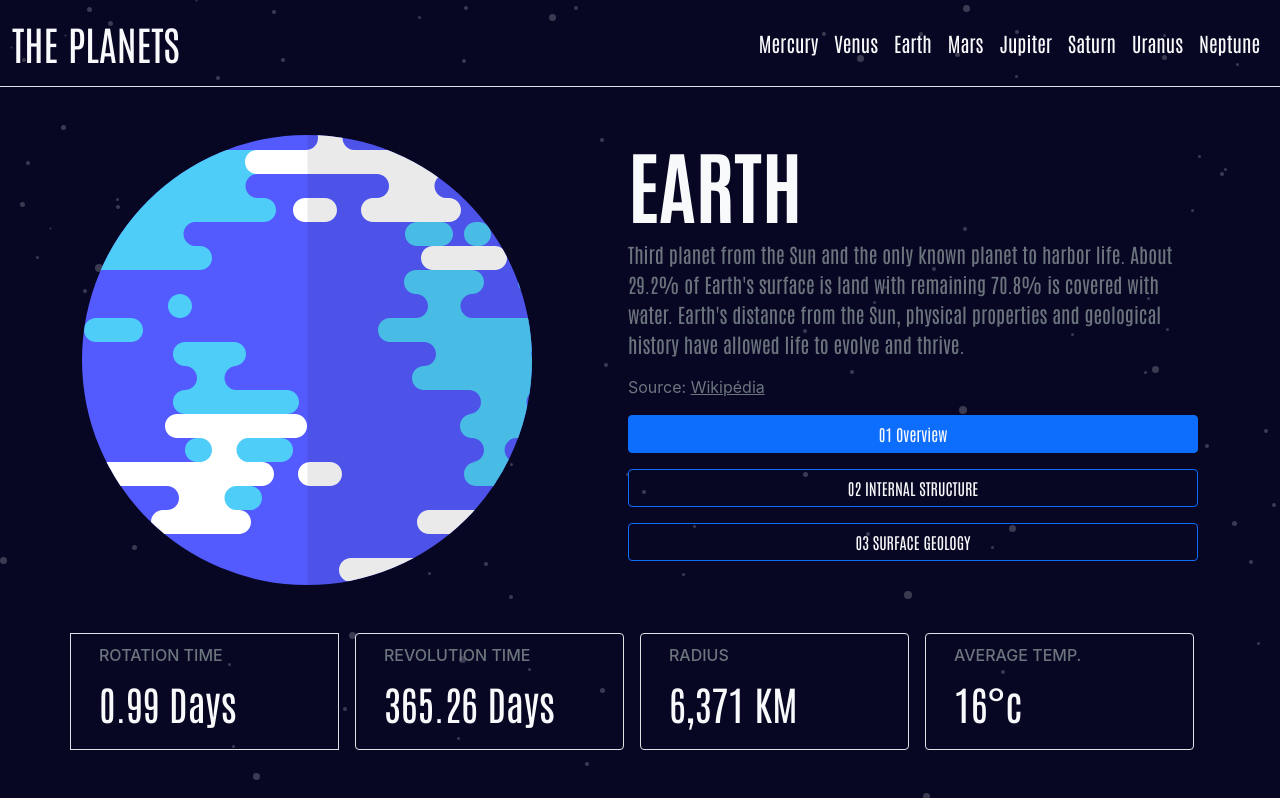
Repository: andre06x/the-planets
Page: /
These files come from the project's save history. The page is drawn as it stood at one moment and after the next save; the edit follows.
The browser window is 1280 px wide. The pictures show the whole page.
The project was rebuilt for these pictures with package versions that can differ from the ones it lists, and the page was loaded fresh each time.

Above is the page before, as saved 2021-10-18 23:01:51.

### public/index.html
<!DOCTYPE html>
<html lang="en">

<head>
  <meta charset="utf-8" />
  <link rel="icon" href="%PUBLIC_URL%/favicon.ico" />
  <meta name="viewport" content="width=device-width, initial-scale=1" />
  <meta name="theme-color" content="#000000" />
  <link rel="preconnect" href="https://fonts.googleapis.com">
  <link rel="preconnect" href="https://fonts.gstatic.com" crossorigin>
  <link href="https://fonts.googleapis.com/css2?family=Antonio:wght@400;500;600;700&display=swap" rel="stylesheet">
  <meta name="description" content="Web site created using create-react-app" />
  <link rel="apple-touch-icon" href="%PUBLIC_URL%/logo192.png" />
  <link rel="manifest" href="%PUBLIC_URL%/manifest.json" />
  <link rel="stylesheet" href="%PUBLIC_URL%/bootstrap-5.1.3-dist/css/bootstrap.min.css">
  <title>React App</title>
</head>

<body>
  <noscript>You need to enable JavaScript to run this app.</noscript>
  <div id="root"></div>
  <script src="./bootstrap-5.1.3-dist/js/bootstrap.min.js"></script>
</body>

</html>

### src/index.js
import React from 'react';
import ReactDOM from 'react-dom';
import App from './App';
import reportWebVitals from './reportWebVitals';
import Global from './styles/global';

ReactDOM.render(
  <React.StrictMode>
    <Global />
    <App />
  </React.StrictMode>,
  document.getElementById('root')
);

// If you want to start measuring performance in your app, pass a function
// to log results (for example: reportWebVitals(console.log))
// or send to an analytics endpoint. Learn more: https://bit.ly/CRA-vitals
reportWebVitals();

### src/App.js
import logo from './logo.svg';
// import './App.css';
import Header from './components/Header';
import Container from './components/Container';

function App() {
  return (
    <div className="App">
      <Header />
      <Container />
    </div>
  );
}

export default App;

### src/styles/global.js
import { createGlobalStyle } from 'styled-components';
import img from '../background-stars.svg';

export default createGlobalStyle`
  body {
    background-image: url(${img});
    background-color: #070724;
    background-repeat: repeat;
  margin: 0;
  font-family: -apple-system, BlinkMacSystemFont, 'Segoe UI', 'Roboto', 'Oxygen',
    'Ubuntu', 'Cantarell', 'Fira Sans', 'Droid Sans', 'Helvetica Neue',
    sans-serif;
  -webkit-font-smoothing: antialiased;
  -moz-osx-font-smoothing: grayscale;
}

code {
  font-family: source-code-pro, Menlo, Monaco, Consolas, 'Courier New',
    monospace;
}
`;

### src/components/Header.js
import React from 'react';
import data from '../data.json';

const Header = () => {
  return (
    <nav class="navbar navbar-expand-lg navbar-dark bg-transparent border-bottom border-muted mb-5">
      <div class="container-fluid d-flex justify-content-between">
        <a class="navbar-brand fs-1 text-light font-antonio" href="#">THE PLANETS</a>
        <button class="navbar-toggler text-light" type="button" data-bs-toggle="collapse" data-bs-target="#navbarSupportedContent" aria-controls="navbarSupportedContent" aria-expanded="false" aria-label="Toggle navigation">
          <span class="navbar-toggler-icon text-light"></span>
        </button>
        <div class="collapse navbar-collapse justify-content-end" id="navbarSupportedContent">
          <div>
            <ul class="navbar-nav me-auto mb-2 mb-lg-0">
              {
                data.map(d => (
                  <li class="nav-item">
                    <a class="nav-link active text-light fs-5 font-antonio" aria-current="page" href="#">{d.name}</a>
                  </li>
                ))
              }
            </ul>
          </div>
        </div>
      </div>
    </nav>
  )
}



export default Header

### src/components/Container.js
import React, { useEffect, useState } from 'react';
// import earth from '../assets/planet-earth.svg';
import data from '../data.json';

const Container = () => {
  const [selectBox, setSelectBox] = useState(1);
  const [planet, setPlanet] = useState('Earth');
  const [text, setText] = useState(data.filter(d => d.name === planet)[0].overview);
  const [imagee, setImagee] = useState('assets/planet-earth.svg');
  const [dataPlanet, setDataPlanet] = useState(['']);

  const op = [
    { id: 1, titulo: '01 Overview' },
    { id: 2, titulo: '02 INTERNAL STRUCTURE' },
    { id: 3, titulo: '03 SURFACE GEOLOGY' },
  ]

  function buttonChange(o) {
    setSelectBox(o.id);

    if (o.id === 1) {
      setText(data.filter(d => d.name === planet)[0].overview);
      setImagee(data.filter(d => d.name === planet)[0].images.planet);
    }

    if (o.id === 2) {
      setText(data.filter(d => d.name === planet)[0].structure);
      setImagee(data.filter(d => d.name === planet)[0].images.internal);

    }

    if (o.id === 3) {
      setText(data.filter(d => d.name === planet)[0].geology);
      setImagee(data.filter(d => d.name === planet)[0].images.geology);

    }

  }

  useEffect(() => {
   setDataPlanet(data.filter(d => d.name === planet)[0]);
  }, []);

  return (
    <div className="container mt-5">
      <div className="d-flex flex-column">
        <div className="d-flex justify-content-between">
          <div className="me-5">
            <img src={imagee}alt="" />
          </div>
          <div className="ms-md-5 flex-sm-column-reverse">
            <h1 className="display-1 text-light font-antonio fw-bold">EARTH</h1>
            <p className="lead text-muted font-antonio">
              {text.content}
            </p>
            <span className="text-secondary">
              Source: <a href="" className="text-secondary"> Wikipédia</a>
            </span>

            <div className="d-flex flex-column mt-3 font-antonio fw-bold">
              {op.map(o => (
                <button
                  className={`btn text-light btn-outline-primary mb-3 ${selectBox === o.id ? ' btn-primary' : ''}`}
                  onClick={() => buttonChange(o)}
                >
                  {o.titulo}
                </button>
              ))}
            </div>
          </div>
        </div>
      </div>
      <div className="row mt-5 mb-5">
        <div class="col me-3 bg-transparent border">
          <div class="card-body">
            <h6 class="card-subtitle mb-2 text-muted">
              ROTATION TIME
            </h6>
            <p class="card-text text-light font-antonio fs-1">
              {dataPlanet.rotation}
            </p>
          </div>
        </div>
        <div class="card col me-3 bg-transparent border">
          <div class="card-body">
            <h6 class="card-subtitle mb-2 text-muted">
              REVOLUTION TIME
            </h6>
            <p class="card-text text-light font-antonio fs-1">
              {dataPlanet.revolution}
            </p>
          </div>
        </div>
        <div class="card col me-3 bg-transparent border">
          <div class="card-body">
            <h6 class="card-subtitle mb-2 text-muted">
              RADIUS
            </h6>
            <p class="card-text text-light font-antonio fs-1">
              {dataPlanet.radius}
            </p>
          </div>
        </div>
        <div class="card col me-3 bg-transparent border">
          <div class="card-body">
            <h6 class="card-subtitle mb-2 text-muted">
              AVERAGE TEMP.
            </h6>
            <p class="card-text text-light font-antonio fs-1">
              {dataPlanet.temperature}
            </p>
          </div>
        </div>
      </div>
    </div>
  )
}

export default Container;

### src/data.json
[
  {
    "name": "Mercury",
    "overview": {
      "content": "Mercury is the smallest planet in the Solar System and the closest to the Sun. Its orbit around the Sun takes 87.97 Earth days, the shortest of all the Sun's planets. Mercury is one of four terrestrial planets in the Solar System, and is a rocky body like Earth.",
      "source": "https://en.wikipedia.org/wiki/Mercury_(planet)"
    },
    "structure": {
      "content": "Mercury appears to have a solid silicate crust and mantle overlying a solid, iron sulfide outer core layer, a deeper liquid core layer, and a solid inner core. The planet's density is the second highest in the Solar System at 5.427 g/cm3 , only slightly less than Earth's density.",
      "source": "https://en.wikipedia.org/wiki/Mercury_(planet)#Internal_structure"
    },
    "geology": {
      "content": "Mercury's surface is similar in appearance to that of the Moon, showing extensive mare-like plains and heavy cratering, indicating that it has been geologically inactive for billions of years. It is more heterogeneous than either Mars's or the Moon’s.",
      "source": "https://en.wikipedia.org/wiki/Mercury_(planet)#Surface_geology"
    },
    "rotation": "58.6 Days",
    "revolution": "87.97 Days",
    "radius": "2,439.7 KM",
    "temperature": "430°c",
    "images": {
      "planet": "./assets/planet-mercury.svg",
      "internal": "./assets/planet-mercury-internal.svg",
      "geology": "./assets/geology-mercury.png"
    }
  },
  {
    "name": "Venus",
    "overview": {
      "content": "Venus is the second planet from the Sun. It is named after the Roman goddess of love and beauty. As the brightest natural object in Earth's night sky after the Moon, Venus can cast shadows and can be, on rare occasions, visible to the naked eye in broad daylight.",
      "source": "https://en.wikipedia.org/wiki/Venus"
    },
    "structure": {
      "content": "The similarity in size and density between Venus and Earth suggests they share a similar internal structure: a core, mantle, and crust. Like that of Earth, Venusian core is most likely at least partially liquid because the two planets have been cooling at about the same rate.",
      "source": "https://en.wikipedia.org/wiki/Venus#Internal_structure"
    },
    "geology": {
      "content": "Much of the Venusian surface appears to have been shaped by volcanic activity. Venus has several times as many volcanoes as Earth, and it has 167 large volcanoes that are over 100 km (60 mi) across. The only volcanic complex of this size on Earth is the Big Island of Hawaii.",
      "source": "https://en.wikipedia.org/wiki/Venus#Surface_geology"
    },
    "rotation": "243 Days",
    "revolution": "224.7 Days",
    "radius": "6,051.8 KM",
    "temperature": "471°c",
    "images": {
      "planet": "./assets/planet-venus.svg",
      "internal": "./assets/planet-venus-internal.svg",
      "geology": "./assets/geology-venus.png"
    }
  },
  {
    "name": "Earth",
    "overview": {
      "content": "Third planet from the Sun and the only known planet to harbor life. About 29.2% of Earth's surface is land with remaining 70.8% is covered with water. Earth's distance from the Sun, physical properties and geological history have allowed life to evolve and thrive.",
      "source": "https://en.wikipedia.org/wiki/Earth"
    },
    "structure": {
      "content": "Earth's interior, like that of the other terrestrial planets, is divided into layers by their chemical or physical (rheological) properties. The outer layer is a chemically distinct silicate solid crust, which is underlain by a highly viscous solid mantle.",
      "source": "https://en.wikipedia.org/wiki/Earth#Internal_structure"
    },
    "geology": {
      "content": "The total surface area of Earth is about 510 million km2. The continental crust consists of lower density material such as the igneous rocks granite and andesite. Less common is basalt, a denser volcanic rock that is the primary constituent of the ocean floors.",
      "source": "https://en.wikipedia.org/wiki/Earth#Surface"
    },
    "rotation": "0.99 Days",
    "revolution": "365.26 Days",
    "radius": "6,371 KM",
    "temperature": "16°c",
    "images": {
      "planet": "assets/planet-earth.svg",
      "internal": "assets/planet-earth-internal.svg",
      "geology": "assets/geology-earth.png"
    }
  },
  {
    "name": "Mars",
    "overview": {
      "content": "Mars is the fourth planet from the Sun and the second-smallest planet in the Solar System, being larger than only Mercury. In English, Mars carries the name of the Roman god of war and is often referred to as the \"Red Planet\".",
      "source": "https://en.wikipedia.org/wiki/Mars"
    },
    "structure": {
      "content": "Like Earth, Mars has differentiated into a dense metallic core overlaid by less dense materials. Scientists initially determined that the core is at least partially liquid. Current models of its interior imply a core consisting primarily of iron and nickel with about 16–17% sulfur.",
      "source": "https://en.wikipedia.org/wiki/Mars#Internal_structure"
    },
    "geology": {
      "content": "Mars is a terrestrial planet whose surface consists of minerals containing silicon and oxygen, metals, and other elements that typically make up rock. The surface is primarily composed of tholeiitic basalt, although parts are more silica-rich than typical basalt.",
      "source": "https://en.wikipedia.org/wiki/Mars#Surface_geology"
    },
    "rotation": "1.03 Days",
    "revolution": "1.88 Years",
    "radius": "3,389.5 KM",
    "temperature": "-28°c",
    "images": {
      "planet": "./assets/planet-mars.svg",
      "internal": "./assets/planet-mars-internal.svg",
      "geology": "./assets/geology-mars.png"
    }
  },
  {
    "name": "Jupiter",
    "overview": {
      "content": "Jupiter is the fifth planet from the Sun and the largest in the Solar System. It is a gas giant with a mass two and a half times that of all the other planets in the Solar System combined, but less than one-thousandth the mass of the Sun.",
      "source": "https://en.wikipedia.org/wiki/Jupiter"
    },
    "structure": {
      "content": "When the Juno arrived in 2016, it found that Jupiter has a very diffuse core that mixes into its mantle. A possible cause is an impact from a planet of about ten Earth masses a few million years after Jupiter's formation, which would have disrupted an originally solid Jovian core.",
      "source": "https://en.wikipedia.org/wiki/Jupiter#Internal_structure"
    },
    "geology": {
      "content": "The best known feature of Jupiter is the Great Red Spot, a persistent anticyclonic storm located 22° south of the equator. It is known to have existed since at least 1831, and possibly since 1665.",
      "source": "https://en.wikipedia.org/wiki/Jupiter#Great_Red_Spot_and_other_vortices"
    },
    "rotation": "9.93 Hours",
    "revolution": "11.86 Years",
    "radius": "69,911 KM",
    "temperature": "-108°c",
    "images": {
      "planet": "./assets/planet-jupiter.svg",
      "internal": "./assets/planet-jupiter-internal.svg",
      "geology": "./assets/geology-jupiter.png"
    }
  },
  {
    "name": "Saturn",
    "overview": {
      "content": "Saturn is the sixth planet from the Sun and the second-largest in the Solar System, after Jupiter. It is a gas giant with an average radius of about nine and a half times that of Earth. It only has one-eighth the average density of Earth.",
      "source": "https://en.wikipedia.org/wiki/Saturn"
    },
    "structure": {
      "content": "Despite consisting mostly of hydrogen and helium, most of Saturn's mass is not in the gas phase, because hydrogen becomes a non-ideal liquid when the density is above 0.01 g/cm3, which is reached at a radius containing 99.9% of Saturn's mass.",
      "source": "https://en.wikipedia.org/wiki/Saturn#Internal_structure"
    },
    "geology": {
      "content": "The outer atmosphere of Saturn contains 96.3% molecular hydrogen and 3.25% helium by volume. The planet's most famous feature is its prominent ring system, which is composed mostly of ice particles with a smaller amount of rocky debris and dust.",
      "source": "https://en.wikipedia.org/wiki/Saturn#Atmosphere"
    },
    "rotation": "10.8 Hours",
    "revolution": "29.46 Years",
    "radius": "58,232 KM",
    "temperature": "-138°c",
    "images": {
      "planet": "./assets/planet-saturn.svg",
      "internal": "./assets/planet-saturn-internal.svg",
      "geology": "./assets/geology-saturn.png"
    }
  },
  {
    "name": "Uranus",
    "overview": {
      "content": "Uranus is the seventh planet from the Sun. Its name is a reference to the Greek god of the sky, Uranus according to Greek mythology, was the great-grandfather of Ares. It has the third-largest planetary radius and fourth-largest planetary mass in the Solar System.",
      "source": "https://en.wikipedia.org/wiki/Uranus"
    },
    "structure": {
      "content": "The standard model of Uranus's structure is that it consists of three layers: a rocky (silicate/iron–nickel) core in the centre, an icy mantle in the middle and an outer gaseous hydrogen/helium envelope. The core is relatively small, with a mass of only 0.55 Earth masses.",
      "source": "https://en.wikipedia.org/wiki/Uranus#Internal_structure"
    },
    "geology": {
      "content": "The composition of Uranus's atmosphere is different from its bulk, consisting mainly of molecular hydrogen and helium. The helium molar fraction, i.e. the number of helium atoms per molecule of gas, is 0.15±0.03 in the upper troposphere.",
      "source": "https://en.wikipedia.org/wiki/Uranus#Atmosphere"
    },
    "rotation": "17.2 Hours",
    "revolution": "84 Years",
    "radius": "25,362 KM",
    "temperature": "-195°c",
    "images": {
      "planet": "./assets/planet-uranus.svg",
      "internal": "./assets/planet-uranus-internal.svg",
      "geology": "./assets/geology-uranus.png"
    }
  },
  {
    "name": "Neptune",
    "overview": {
      "content": "Neptune is the eighth and farthest-known Solar planet from the Sun. In the Solar System, it is the fourth-largest planet by diameter, the third-most-massive planet, and the densest giant planet. It is 17 times the mass of Earth, more massive than its near-twin Uranus.",
      "source": "https://en.wikipedia.org/wiki/Neptune"
    },
    "structure": {
      "content": "Neptune's internal structure resembles that of Uranus. Its atmosphere forms about 5% to 10% of its mass and extends perhaps 10% to 20% of the way towards the core. Increasing concentrations of methane, ammonia and water are found in the lower regions.",
      "source": "https://en.wikipedia.org/wiki/Neptune#Internal_structure"
    },
    "geology": {
      "content": "Neptune's atmosphere is 80% hydrogen and 19% helium. A trace amount of methane is also present. Prominent absorption bands of methane exist at wavelengths above 600 nm, in the red and infrared portion of the spectrum.",
      "source": "https://en.wikipedia.org/wiki/Neptune#Atmosphere"
    },
    "rotation": "16.08 Hours",
    "revolution": "164.79 Years",
    "radius": "24,622 KM",
    "temperature": "-201°c",
    "images": {
      "planet": "./assets/planet-neptune.svg",
      "internal": "./assets/planet-neptune-internal.svg",
      "geology": "./assets/geology-neptune.png"
    }
  }
]

Loaded but not shown: src/reportWebVitals.js (common file); public/bootstrap-5.1.3-dist/css/bootstrap.min.css (library); public/bootstrap-5.1.3-dist/js/bootstrap.min.js (library)

After the next save:
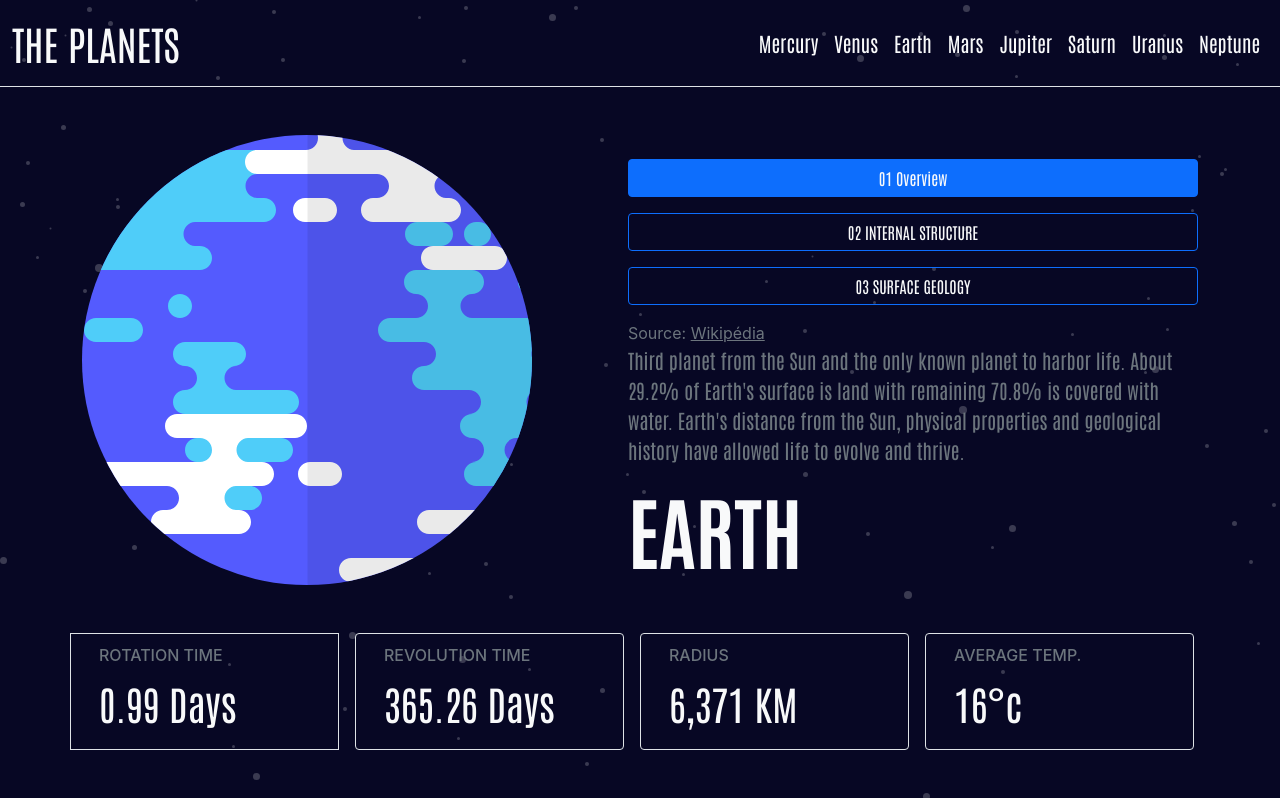
Saved 26 s later.
--- a/src/components/Container.js
+++ b/src/components/Container.js
@@ -48,7 +48,7 @@ const Container = () => {
           <div className="me-5">
             <img src={imagee}alt="" />
           </div>
-          <div className="ms-md-5 flex-sm-column-reverse">
+          <div className="ms-md-5 d-flex flex-sm-column-reverse">
             <h1 className="display-1 text-light font-antonio fw-bold">EARTH</h1>
             <p className="lead text-muted font-antonio">
               {text.content}
